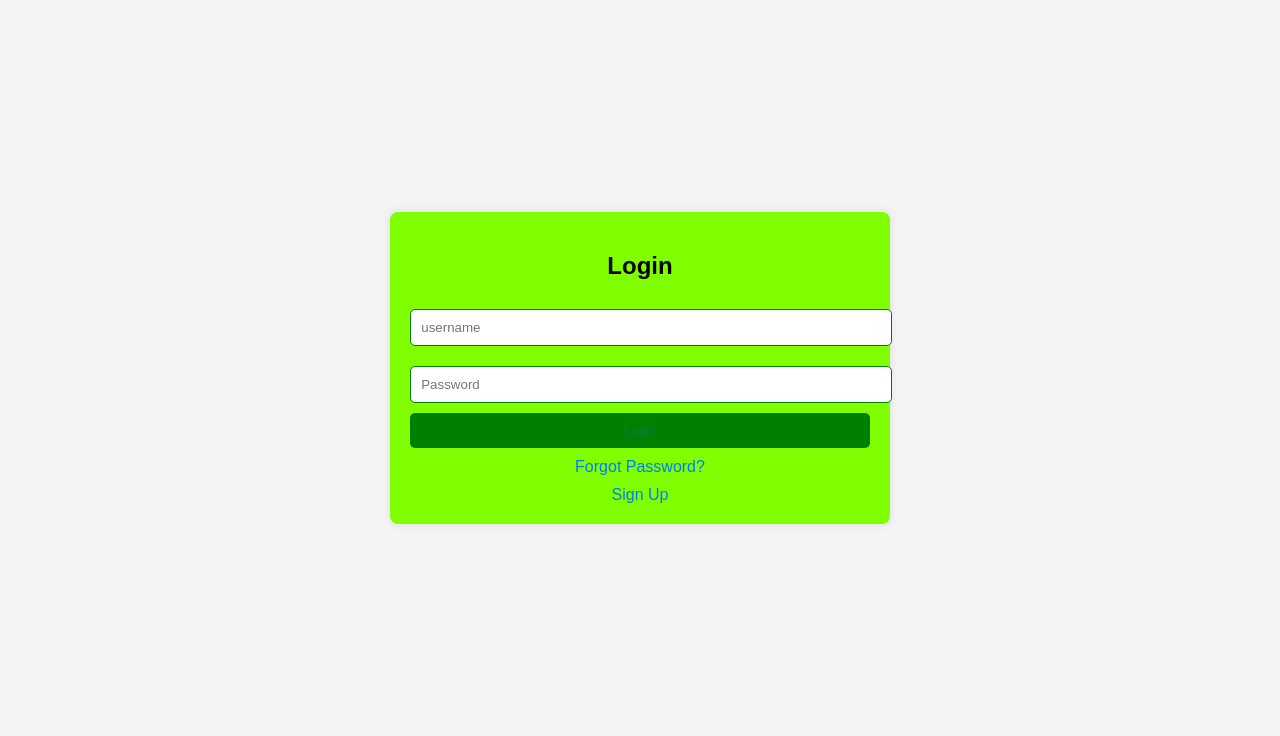
Repository: rahulmadasuongole/Demo
Page: firstwedapp/build/classes/webapp/loginfrom.html
These files come from the project's save history. The page is drawn as it stood at one moment and after the next save; the edit follows.
The browser window is 1280 px wide. The pictures show the whole page.

Above is the page before, as saved 2025-03-05 13:00:02.

After the next save:
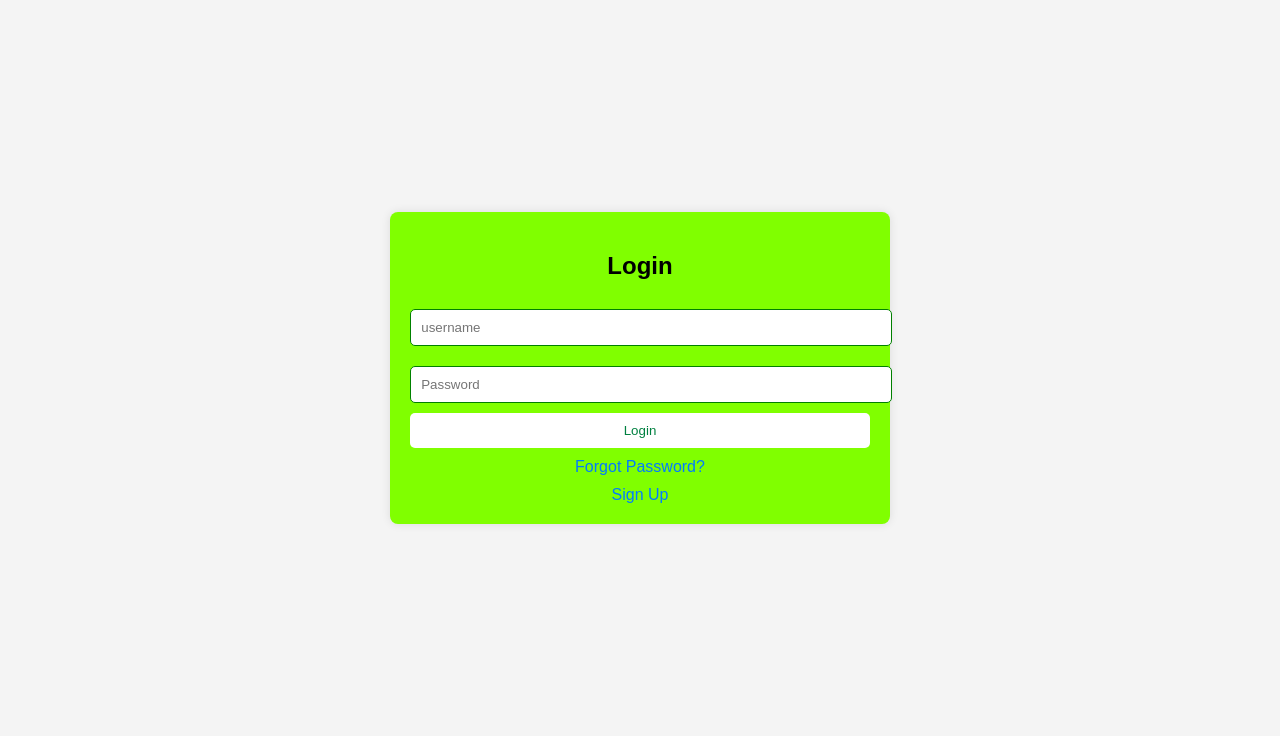
Saved 95 s later.
--- a/firstwedapp/build/classes/webapp/loginfrom.html
+++ b/firstwedapp/build/classes/webapp/loginfrom.html
@@ -30,7 +30,7 @@
         .login-container button {
             width: 100%;
             padding: 10px;
-            background: rgb(0, 128, 0);
+            background: rgb(255, 255, 255);
             color: rgb(0, 128, 64);
             border: none;
             border-radius: 5px;
